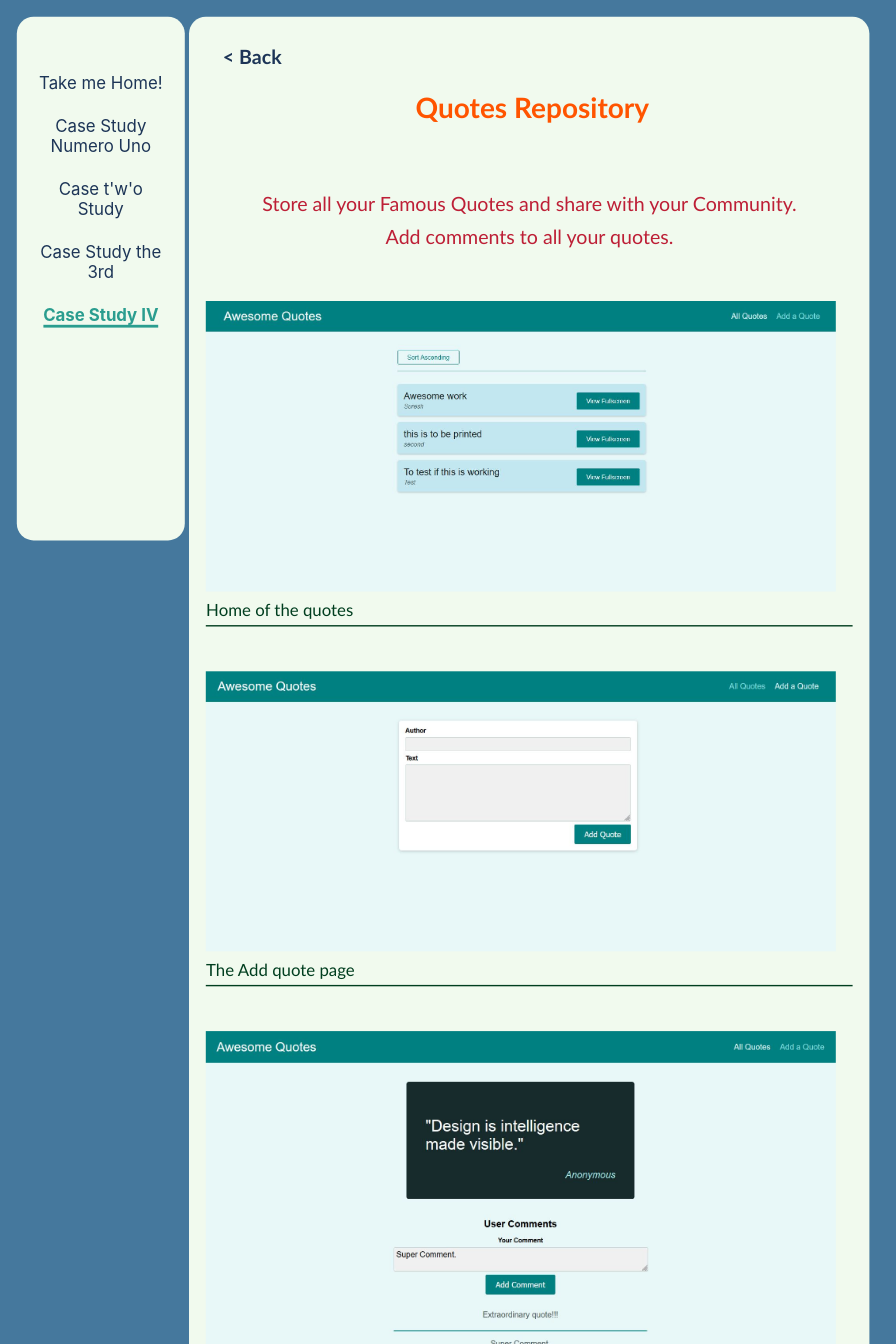
Repository: niranjangp/portfolioReact
Page: /cs-four
An editor plug-in stored every save of this project. The page is shown before and after the next save, followed by the edit.
The browser window is 1280 px wide. The pictures show the part of the page from y = 0 to 1920 px (the page is 2651 px tall), at 70% of full size.
The project was rebuilt for these pictures with package versions that can differ from the ones it lists, and the page was loaded fresh each time. Also part of the build but not shown: src/pages/enterDesign.jsx, src/pages/csOne.jsx, src/pages/csTwo.jsx, src/pages/csThree.jsx, src/pages/notFound.jsx.

Above is the page before, as saved 2022-02-02 01:36:14.

After the next save:
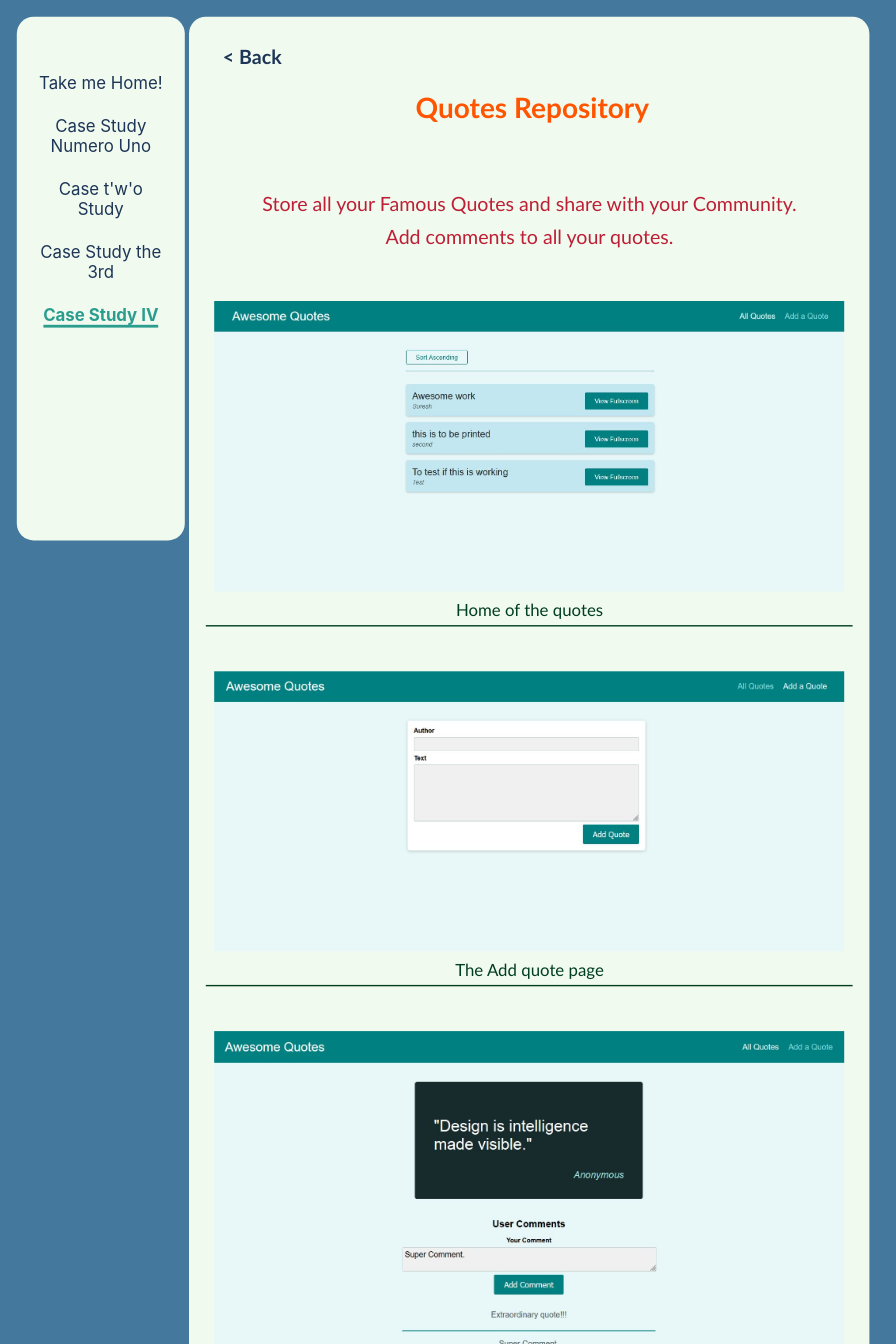
Saved 87 s later.
--- a/src/pages/csFour.jsx
+++ b/src/pages/csFour.jsx
@@ -16,9 +16,9 @@ const csFour = () => {
                     <p className="cs4-para">Add comments to all your quotes.</p>
                 </div>
                 <div className="mrg-blk">
-                    <div clasName="quo-pack"><img src={QuoHome} alt="quote-home" className="quoIcon" /><div className="qIconTxt">Home of the quotes</div></div>
-                    <div clasName="quo-pack"><img src={AddQuo} alt="quote-home" className="quoIcon" /><div className="qIconTxt">The Add quote page</div></div>
-                    <div clasName="quo-pack"><img src={CommonScen} alt="quote-home" className="quoIcon"/><div className="qIconTxt">Add Comment Scenario</div></div>
+                    <div className="quo-pack"><img src={QuoHome} alt="quote-home" className="quoIcon" /><div className="qIconTxt">Home of the quotes</div></div>
+                    <div className="quo-pack"><img src={AddQuo} alt="quote-home" className="quoIcon" /><div className="qIconTxt">The Add quote page</div></div>
+                    <div className="quo-pack"><img src={CommonScen} alt="quote-home" className="quoIcon"/><div className="qIconTxt">Add Comment Scenario</div></div>
                 </div>
                 <div className="mrg-blk">
                     <p>The thinking behind this, or the question trying to be answered here is Why a quote page? Simple Answer why not, design can vary from something as small as a small stick to a skyscraper</p>
